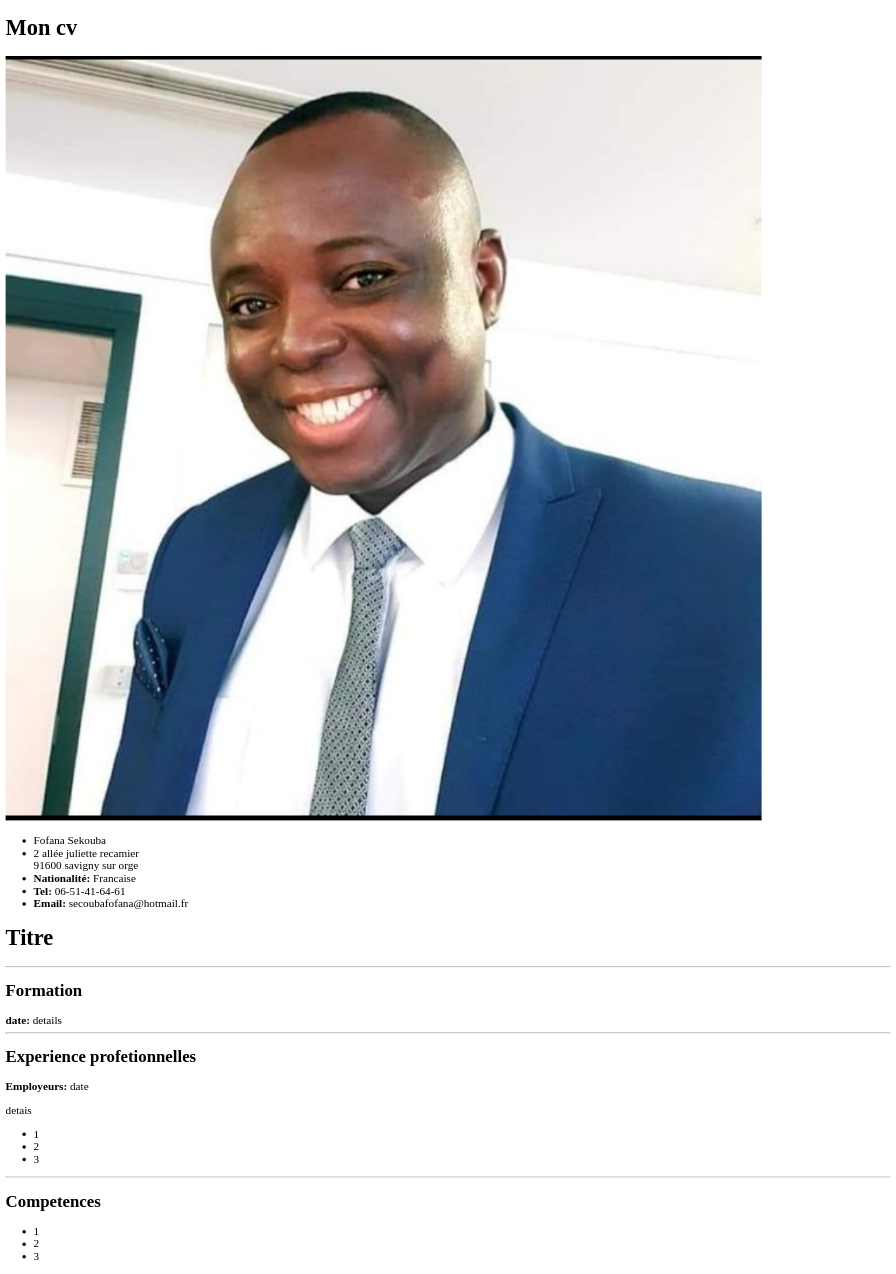
Repository: lamdakara/cv-html
Page: index.html
An editor plug-in stored every save of this project. The page is shown before and after the next save, followed by the edit.
The browser window is 1280 px wide. The pictures show the whole page, at 70% of full size.

Above is the page before, as saved 2023-08-22 01:10:50.

After the next save:
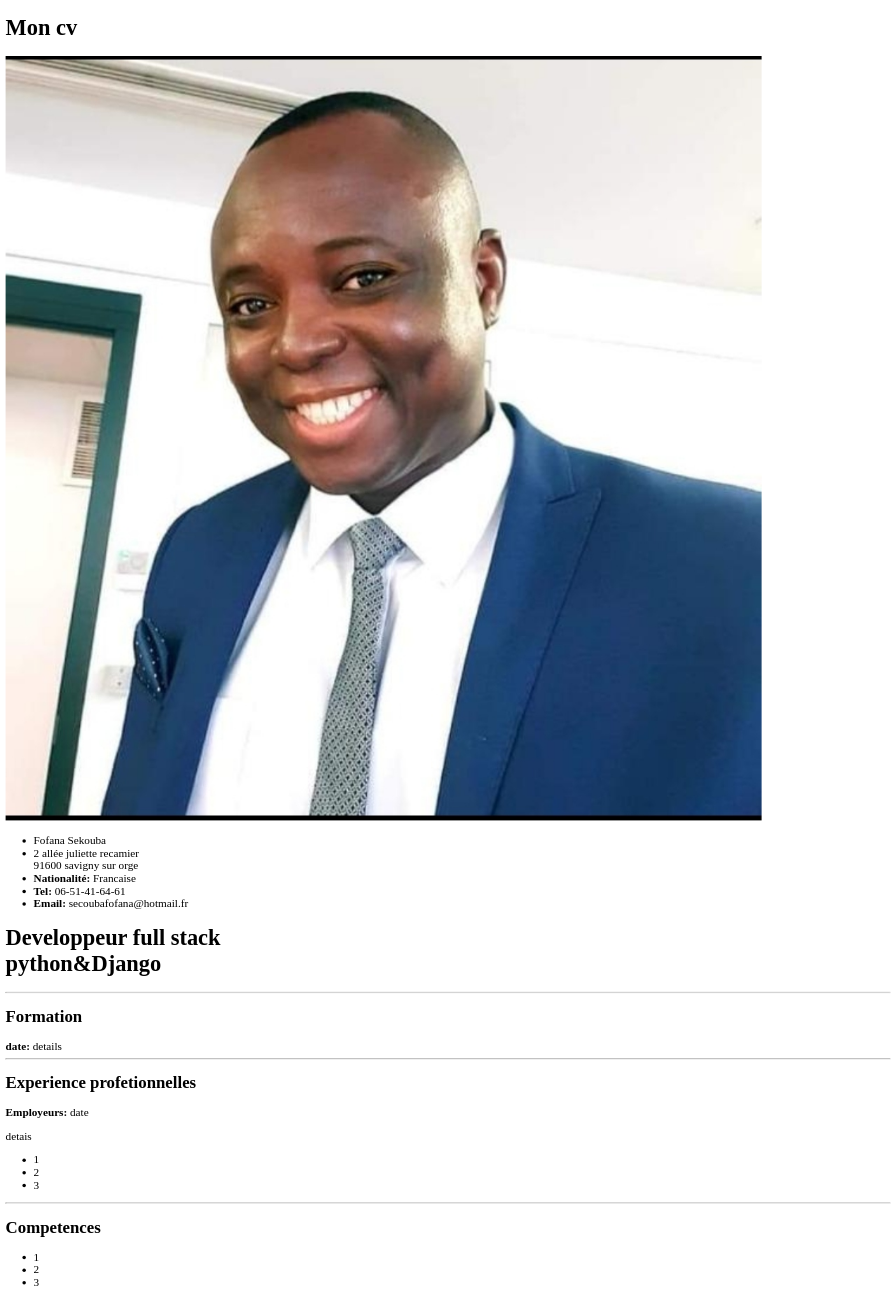
Saved 3 min 12 s later.
--- a/index.html
+++ b/index.html
@@ -18,7 +18,7 @@
     </ul>
 </div>
     <!-- titre h1 -->
-    <h1>Titre</h1>
+    <h1>Developpeur full stack  <br> python&Django</h1>
 
     <hr>
     <div>
